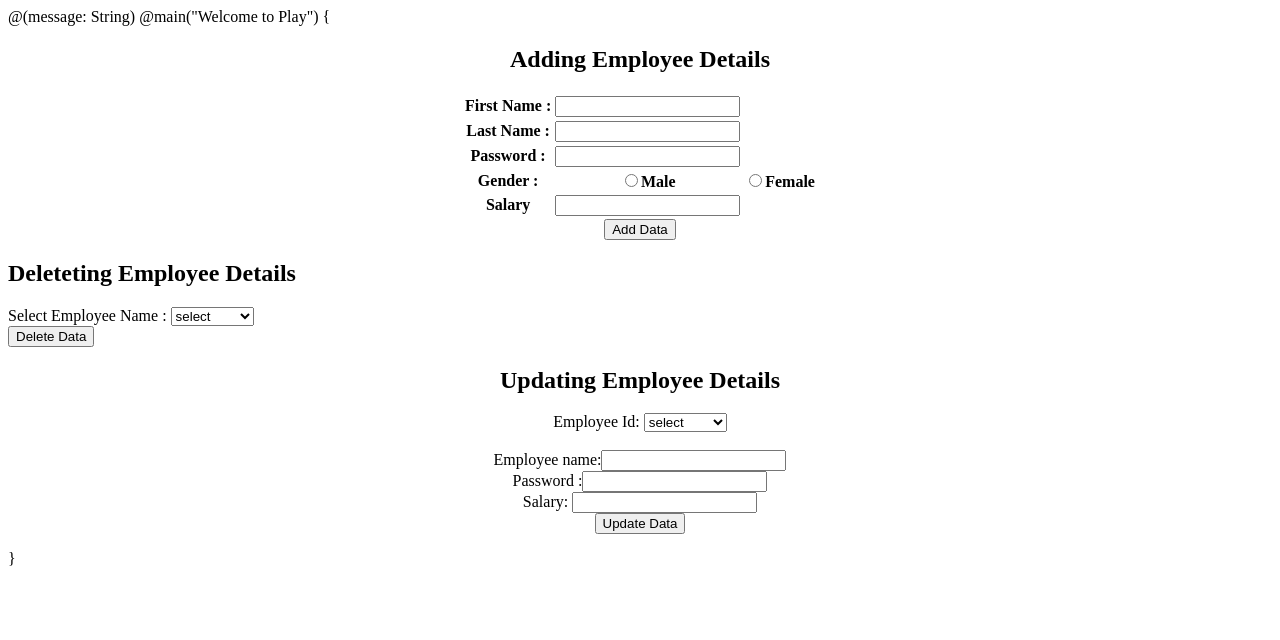
Repository: PoonamDeokar/SalesTool
Page: CrudDemo/app/views/index.scala.html
These files come from the project's save history. The page is drawn as it stood at one moment and after the next save; the edit follows.
The browser window is 1280 px wide. The pictures show the whole page.

Above is the page before, as saved 2016-09-16 09:10:45.

After the next save:
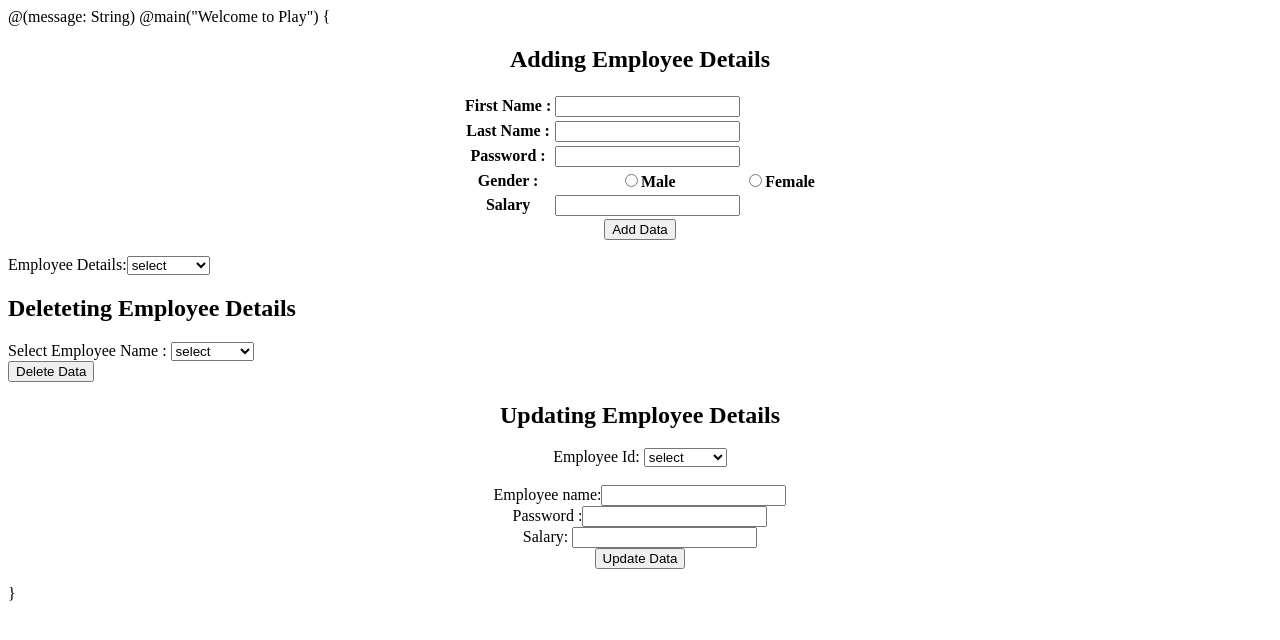
Saved 3 min 21 s later.
--- a/CrudDemo/app/views/index.scala.html
+++ b/CrudDemo/app/views/index.scala.html
@@ -37,7 +37,15 @@
     </form>
 
     <form action="@routes.HomeController.getEmp()" method="get">
+    <left>
+    	Employee Details:<select name="eid">
+    	<option value="0">select</option>
+    	@for(emp<-Employee.find.all()){
+    		<option value="@emp.eid">@emp.eid</option>
+    	}
 
+    	</select>
+    </left>
     </form>
 
     <form action="@routes.HomeController.deleteEmp()" method="get">
